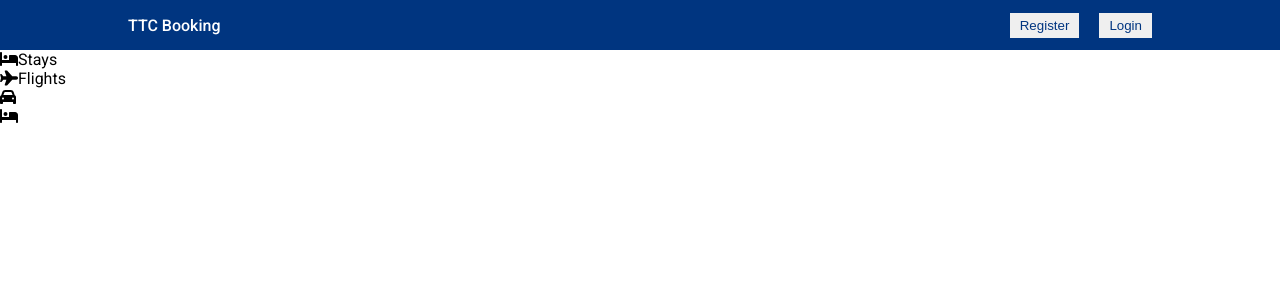
Repository: CarsonDev1/booking-app
Page: /
An editor plug-in stored every save of this project. The page is shown before and after the next save, followed by the edit.
The browser window is 1280 px wide. The pictures show the whole page.
The project was rebuilt for these pictures with package versions that can differ from the ones it lists, and the page was loaded fresh each time. Also part of the build but not shown: src/components/header/header.css, src/pages/home/home.css, src/pages/hotel/Hotel.jsx, src/pages/list/List.jsx.

Above is the page before, as saved 2022-12-03 00:26:50.

### public/index.html
<!DOCTYPE html>
<html lang="en">

<head>
  <meta charset="utf-8" />
  <link rel="icon" href="%PUBLIC_URL%/favicon.ico" />
  <meta name="viewport" content="width=device-width, initial-scale=1" />
  <meta name="theme-color" content="#000000" />
  <meta name="description" content="Web site created using create-react-app" />
  <link rel="apple-touch-icon" href="%PUBLIC_URL%/logo192.png" />
  <!--
      manifest.json provides metadata used when your web app is installed on a
      user's mobile device or desktop. See https://developers.google.com/web/fundamentals/web-app-manifest/
    -->
  <link rel="manifest" href="%PUBLIC_URL%/manifest.json" />
  <link rel="preconnect" href="https://fonts.googleapis.com">
  <link rel="preconnect" href="https://fonts.gstatic.com" crossorigin>
  <link
    href="https://fonts.googleapis.com/css2?family=Poppins:ital,wght@0,400;0,500;0,600;0,700;0,800;1,400;1,500;1,600;1,700&family=Roboto:ital,wght@0,300;0,400;0,500;0,700;1,300;1,400;1,500;1,700&display=swap"
    rel="stylesheet">
  <!--
      Notice the use of %PUBLIC_URL% in the tags above.
      It will be replaced with the URL of the `public` folder during the build.
      Only files inside the `public` folder can be referenced from the HTML.

      Unlike "/favicon.ico" or "favicon.ico", "%PUBLIC_URL%/favicon.ico" will
      work correctly both with client-side routing and a non-root public URL.
      Learn how to configure a non-root public URL by running `npm run build`.
    -->
  <title>React App</title>
</head>

<body>
  <noscript>You need to enable JavaScript to run this app.</noscript>
  <div id="root"></div>
  <!--
      This HTML file is a template.
      If you open it directly in the browser, you will see an empty page.

      You can add webfonts, meta tags, or analytics to this file.
      The build step will place the bundled scripts into the <body> tag.

      To begin the development, run `npm start` or `yarn start`.
      To create a production bundle, use `npm run build` or `yarn build`.
    -->
</body>

</html>

### src/index.css
body {
	margin: 0;
	padding: 0;
	box-sizing: border-box;
	font-family: "Roboto", sans-serif;
}

### src/App.js
import { BrowserRouter, Routes, Route } from "react-router-dom";
import Home from "./pages/home/Home";
import Hotel from "./pages/hotel/Hotel";
import List from "./pages/list/List";
function App() {
	return (
		<BrowserRouter>
			<Routes>
				<Route path="/" element={<Home />} />
				<Route path="/hotels" element={<List />} />
				<Route path="/hotels/:id" element={<Hotel />} />
			</Routes>
		</BrowserRouter>
	);
}

export default App;

### src/pages/home/Home.jsx
import Header from "../../components/header/Header";
import Navbar from "../../components/navbar/Navbar";
import "./home.css";

const Home = () => {
	return (
		<div>
			<Navbar />
			<Header />
		</div>
	);
};

export default Home;

### src/components/header/Header.jsx
import { faBed, faCar, faPlane } from "@fortawesome/free-solid-svg-icons";
import { FontAwesomeIcon } from "@fortawesome/react-fontawesome";
import "./header.css";

const Header = () => {
	return (
		<div className="header">
			<div className="headerList">
				<div className="headerListItem">
					<FontAwesomeIcon icon={faBed} />
					<span>Stays</span>
				</div>
				<div className="headerListItem">
					<FontAwesomeIcon icon={faPlane} />
					<span>Flights</span>
				</div>
				<div className="headerListItem">
					<FontAwesomeIcon icon={faCar} />
				</div>
				<div className="headerListItem">
					<FontAwesomeIcon icon={faBed} />
				</div>
			</div>
		</div>
	);
};

export default Header;

### src/components/navbar/Navbar.jsx
import "./navbar.css";

const NavBar = () => {
	return (
		<div className="navbar">
			<div className="navContainer">
				<span className="logo">TTC Booking</span>
				<div className="navItems">
					<button className="navButton">Register</button>
					<button className="navButton">Login</button>
				</div>
			</div>
		</div>
	);
};

export default NavBar;

### src/components/navbar/navbar.css
.navbar {
	height: 50px;
	background-color: #003580;
	display: flex;
	justify-content: center;
}
.navContainer {
	width: 100%;
	max-width: 1024px;
	color: white;
	display: flex;
	align-items: center;
	justify-content: space-between;
}
.logo {
	font-weight: 500;
}
.navButton {
	margin-left: 20px;
	border: none;
	padding: 5px 10px;
	cursor: pointer;
	color: #003580;
}

Loaded but not shown: src/index.js (common file)

After the next save:
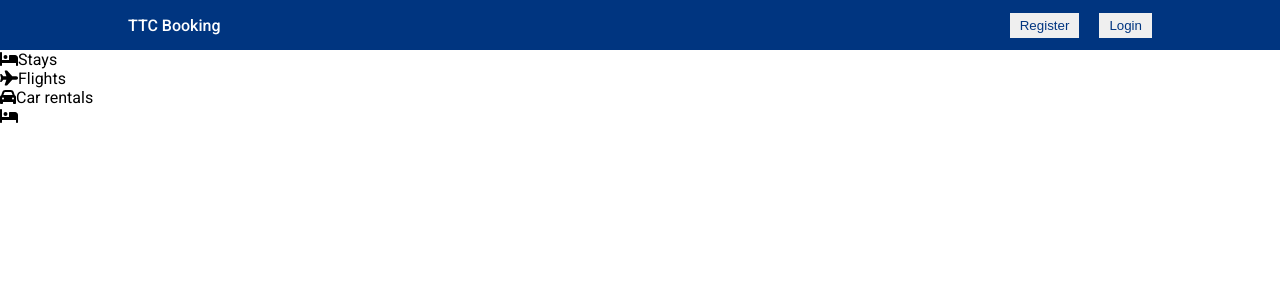
Saved 13 s later.
--- a/src/components/header/Header.jsx
+++ b/src/components/header/Header.jsx
@@ -16,6 +16,7 @@ const Header = () => {
 				</div>
 				<div className="headerListItem">
 					<FontAwesomeIcon icon={faCar} />
+					<span>Car rentals</span>
 				</div>
 				<div className="headerListItem">
 					<FontAwesomeIcon icon={faBed} />
